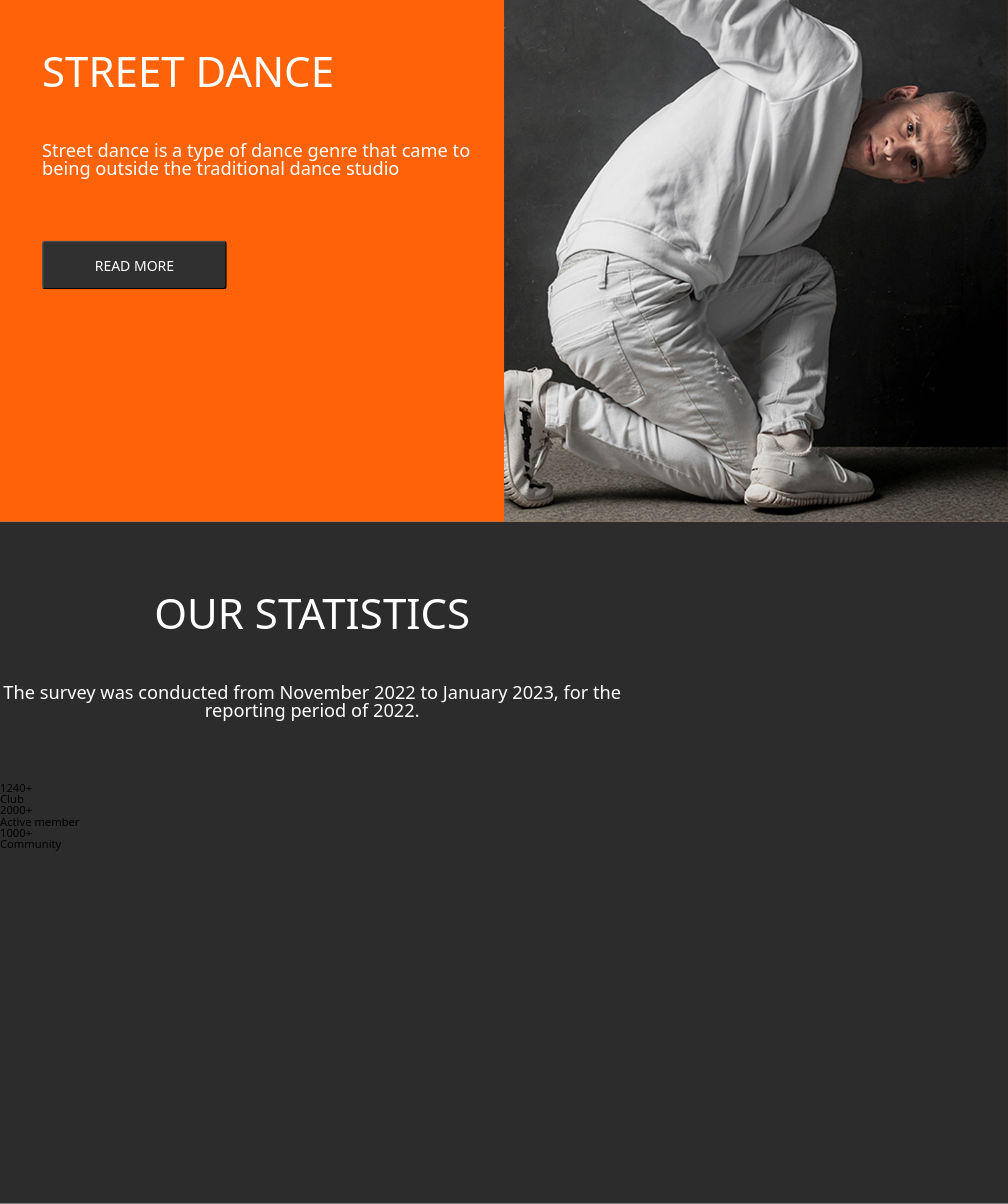
Repository: KinD2704/Web-University
Page: Bai30/index.html
These files come from the project's save history. The page is drawn as it stood at one moment and after the next save; the edit follows.
The browser window is 1280 px wide. The page is 1440 px wide, so the pictures cover 1440 px, including what lies to the right of the window. The pictures show the part of the page from y = 3928 to 5648 px (the page is 5648 px tall), at 70% of full size.

Above is the page before, as saved 2023-12-23 22:03:58.

### Bai30/index.html
<!DOCTYPE html>
<html lang="en">
    <head>
        <meta charset="UTF-8" />
        <meta name="viewport" content="width=device-width, initial-scale=1.0" />
        <title>les 30 percent</title>
        <link rel="stylesheet" href="css/reset.css" />
        <link rel="stylesheet" href="css/global.css">
        <link rel="stylesheet" href="css/styles.css" />
    </head>
    <body>
        <!-- Header -->
        <header>
            <div class="container">
                <div>
                    <img src="img/logo.png" alt="logo" class="logo1" />
                </div>
                <div>
                    <ul>
                        <li><a href="#!">HOME</a></li>
                        <li><a href="#!">PRODUCT</a></li>
                        <li><a href="#!">FEEDBACK</a></li>
                        <li><a href="#!">ABOUT</a></li>
                        <li><a href="#!">CONTACT</a></li>
                    </ul>
                </div>
                <div>
                    <img src="img/search.png" alt="search" class="search" />
                </div>
            </div>
        </header>

        <div class="banner1"></div>
        <div class="banner2">
            <div class="banner2__container">
                <div class="banner2__text banner2__text1">
                    <p>Dance Tour</p>
                </div>
                <div class="banner2__text banner2__text2">
                    <p>
                        Lorem ipsum dolor sit amet, consectetur adipiscing elit.
                        Vivamus lacinia odio vitae vestibulum vestibulum.
                    </p>
                </div>
                <div class="banner2__item">
                    <div class="banner2__item1">
                        <img src="img/item1.png" alt="" />
                        <p>AMERICA</p>
                        <p>
                            Lorem ipsum dolor sit amet, consectetur adipiscing
                            elit.
                        </p>
                    </div>
                    <div class="banner2__item1">
                        <img src="img/item2.png" alt="" />
                        <p>ASIA</p>
                        <p>
                            Lorem ipsum dolor sit amet, consectetur adipiscing
                            elit.
                        </p>
                    </div>
                    <div class="banner2__item1">
                        <img src="img/item3.png" alt="" />
                        <p>AUSTRALIA</p>
                        <p>
                            Lorem ipsum dolor sit amet, consectetur adipiscing
                            elit.
                        </p>
                    </div>
                </div>
            </div>
        </div>
        <div class="banner3">
            <div class="banner2__container">
                <div class="banner2__text banner2__text1">
                    <p>Dance Tour</p>
                </div>
                <div class="banner2__text banner2__text2">
                    <p>
                        Lorem ipsum dolor sit amet, consectetur adipiscing elit.
                        Vivamus lacinia odio vitae vestibulum vestibulum.
                    </p>
                </div>
                <div class="banner2__item">
                    <div class="banner3__item1">
                        <div class="imgBasic"><img src="img/basic.png" alt=""></div>
                        <p>basic</p>
                        <p>Lorem ipsum dolor sit amet, consectetur adipiscing elit</p>
                        <div class="bannerBtn"><button>$150.00</button></div>
                    </div>
                    <div class="banner3__item1">
                        <div class="imgBasic"><img src="img/basic.png" alt="" /></div>
                        <p>Professional</p>
                        <p>Lorem ipsum dolor sit amet, consectetur adipiscing elit</p>
                        <div class="bannerBtn"><button>$200.00</button></div>
                    </div>
                    <div class="banner3__item1">
                        <div class="imgBasic"><img src="img/basic.png" alt="" /></div>
                        <p>Ultimate</p>
                        <p>Lorem ipsum dolor sit amet, consectetur adipiscing elit</p>
                        <div class="bannerBtn"><button>$250.00</button></div>
                    </div>
                </div>
        </div>
        <div class="banner4">
            <div class="banner4__container">
                <div class="banner4__item1">
                    <img src="img/anh-banner4.png" alt="">
                </div>
                <div class="banner4__item2">
                    <p class="p1">BREAKING DANCE</p>
                    <p class="p2">the dancers who perform it. Breaking is popular in many places, but many people do not understand it </p>
                    <div class="bannerBtn"><button class="banner5-Btn">READ MORE</button></div>
                </div>

            </div>
        </div>
        <div class="banner5">
            <div class="banner5__container">
                <div class="banner5__item1">
                    <p class="p1">STREET DANCE</p>
                    <p class="p2">Street dance is a type of dance genre that came to being outside the traditional dance studio</p>
                    <div class="bannerBtn"><button class="banner5-Btn">READ MORE</button></div>
                </div>
                <div class="banner5__item2">
                    <img src="img/anh-banner5.png" alt="">
                </div>
            </div>
        </div>
        <div class="banner6 d-flex">
            <div class="banner2__container">
                <div class="banner2__text banner2__text1">
                    <p class="text-up">Our Statistics</p>
                </div>
                <div class="banner2__text banner2__text2">
                    <p>
                        The survey was conducted from November 2022 to January
                        2023, for the reporting period of 2022.
                    </p>
                </div>
                <div class="banner6__item">
                    <div class="banner6__item1">
                        <p>1240+</p>
                        <p>Club</p>
                    </div>
                    <div class="banner6__item1">
                        <p>2000+</p>
                        <p>Active member</p>
                    </div>
                    <div class="banner6__item1">
                        <p>1000+</p>
                        <p>Community</p>
                    </div>
                </div>
        </div>
        <div class="banner7"></div>
        <div class="banner8"></div>
        <div class="banner9"></div>

        <!-- Footer -->
        <footer></footer>
    </body>
</html>

### Bai30/css/reset.css
article,
aside,
details,
figcaption,
figure,
footer,
header,
hgroup,
menu,
nav,
section {
    display: block;
}
body {
    line-height: 1;
}
ol,
ul {
    list-style: none;
}
blockquote,
q {
    quotes: none;
}
blockquote:before,
blockquote:after,
q:before,
q:after {
    content: "";
    content: none;
}
table {
    border-collapse: collapse;
    border-spacing: 0;
}

### Bai30/css/global.css
.text-up {
    text-transform: uppercase;
}
.d-flex {
    display: flex;
}

### Bai30/css/styles.css
* {
    margin: 0;
    padding: 0;
    font-family: system-ui, -apple-system, BlinkMacSystemFont, "Segoe UI",
        Roboto, Oxygen, Ubuntu, Cantarell, "Open Sans", "Helvetica Neue",
        sans-serif;
    box-sizing: border-box;
}
body {
    width: 1440px;
    margin: 0 auto;
}
/* Header */
header {
    position: fixed;
    width: 1440px;
    height: 103px;
    background-color: #303030;
}
.container {
    display: flex;
    justify-content: space-around;
    line-height: 103px;
}
.container .search {
    font-size: 28px;
    margin-top: 40px;
}
.container .logo1 {
    margin-top: 20px;
}
header ul li {
    display: inline-block;
}
header ul li a {
    text-decoration: none;
    color: #ffffff;
    font-size: 20px;
    margin: 0 20px;
    transition: 0.5s;
}
header ul li:hover a {
    color: orange;
}
/* banner 1 */
.banner1 {
    background-image: url("../img/banner1.png");
    height: 796px;
    background-repeat: no-repeat;
    background-size: cover;
    z-index: 0;
}
/* banner 2 */
.banner2 {
    background-image: url("../img/banner2.png");
    /* height: 974px; */
}
.banner2__container {
    padding: 100px 0;
}
.banner2__container .banner2__text p {
    color: #ffffff;
}

.banner2__item {
    display: flex;
    justify-content: space-evenly;
}
.banner2__text1 p {
    font-size: 60px;
    text-align: center;
    text-transform: uppercase;
}
.banner2__text2 p {
    font-size: 26px;
    text-align: center;
    width: 892px;
    margin: 0 auto;
    margin-top: 70px;
    margin-bottom: 90px;
}
/* item */
.banner2__item1 {
    background-image: url("/img/background-item.png");
    width: 372px;
    height: 493px;
}

.banner2__item1 p {
    color: #ffffff;
    width: 372px;
}
.banner2__item1 p:first-of-type {
    display: block;
    font-size: 30px;
    text-align: center;
    margin-top: 45px;
}
.banner2__item1 p:last-of-type {
    display: block;
    font-size: 18px;
    text-align: center;
    margin-bottom: 40px;
    margin-top: 20px;
}

/* banner3 */
.banner3 {
    background-image: url("../img/banner3.png");
    height: 974px;
}
.banner3__item1 {
    color: white;
    background-image: url("../img/background-item-1.png");
    width: 372px;
    height: 493px;
}
.banner3__item1 .imgBasic {
    width: 372px;
    text-align: center;
    margin: 60px auto;
}
.banner3__item1 p:first-of-type {
    display: block;
    font-size: 30px;
    text-align: center;
    text-transform: uppercase;
    margin-bottom: 30px;
}
.banner3__item1 p:last-of-type {
    display: block;
    font-size: 18px;
    text-align: center;
    margin-bottom: 30px;
}
.banner3__item1 .bannerBtn {
    margin: 0 auto;
    width: 372px;
    text-align: center;
}
.banner3__item1 button,
.banner5-Btn {
    height: 70px;
    width: 80%;
    text-align: center;
    color: white;
    background-color: #303030;
    border-radius: 5px;
    font-size: 20px;
    transition: 0.5s;
}
.bannerBtn:hover button,
.bannerBtn:hover .banner5-Btn {
    background-color: gold;
    cursor: pointer;
    color: sienna;
}
/* Banner 4 */
.banner4 {
    background-image: url("../img/banner4.png");
    height: 974px;
}
.banner4__container,
.banner5__container {
    display: flex;
}
.banner4__item1,
.banner4__item2,
.banner5__item1,
.banner5__item2 {
    flex-basis: 50%;
}
.banner4__item1 img,
.banner5__item2 img {
    width: 100%;
    height: 974px;
    object-fit: cover;
}
.banner4__item2,
.banner5__item1 {
    color: white;
    padding-left: 60px;
}
/* Banner 5 */
.banner5 {
    background-image: url("../img/banner5.png");
    height: 974px;
}
.banner5-Btn {
    width: 40%;
    margin-bottom: 270px;
}
.p1 {
    font-size: 60px;
    text-transform: uppercase;
    margin-top: 300px;
}
.p2 {
    font-size: 26px;
    margin: 0 auto;
    margin-top: 70px;
    margin-bottom: 90px;
}
/* banner 6 */
.banner6 {
    background-image: url("../img/banner6.png");
    height: 974px;
}

After the next save:
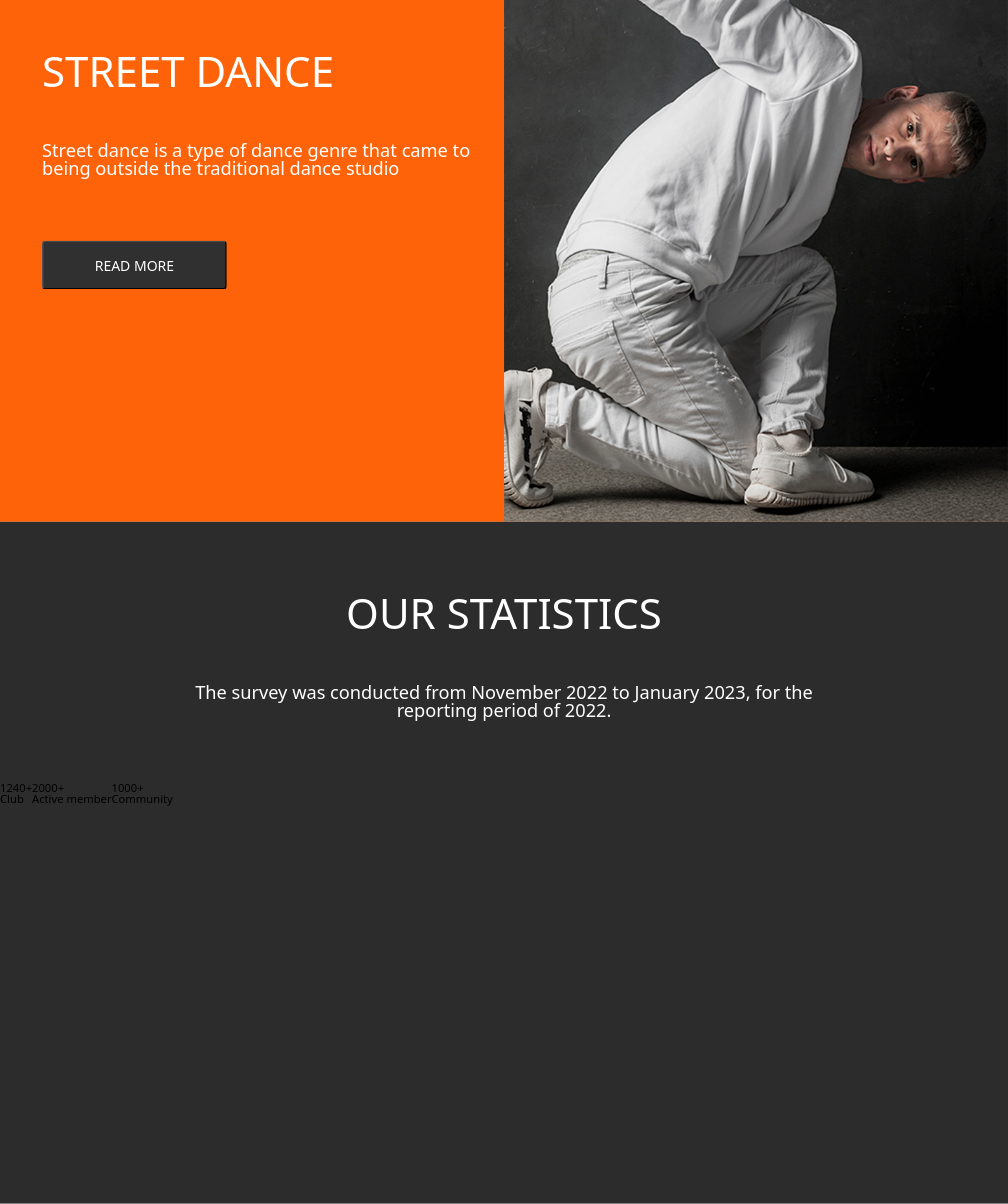
Saved 12 s later.
--- a/Bai30/index.html
+++ b/Bai30/index.html
@@ -127,7 +127,7 @@
                 </div>
             </div>
         </div>
-        <div class="banner6 d-flex">
+        <div class="banner6">
             <div class="banner2__container">
                 <div class="banner2__text banner2__text1">
                     <p class="text-up">Our Statistics</p>
@@ -138,7 +138,7 @@
                         2023, for the reporting period of 2022.
                     </p>
                 </div>
-                <div class="banner6__item">
+                <div class="banner6__item d-flex">
                     <div class="banner6__item1">
                         <p>1240+</p>
                         <p>Club</p>
